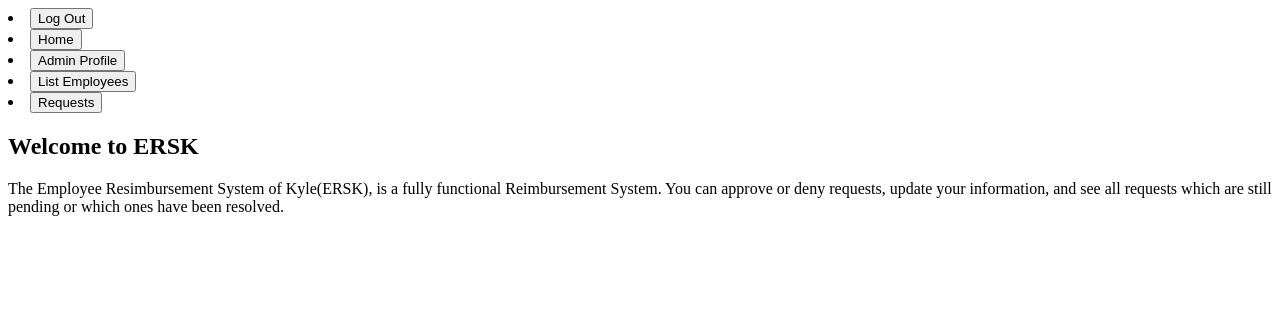
Repository: 1807-mehrab/project-1-KyleAButterfield
Page: ERSK/ERSK/src/main/webapp/ManagerHomePage.html
An editor plug-in stored every save of this project. The page is shown before and after the next save, followed by the edit.
The browser window is 1280 px wide. The pictures show the whole page.

Above is the page before, as saved 2018-08-01 20:12:50.

After the next save:
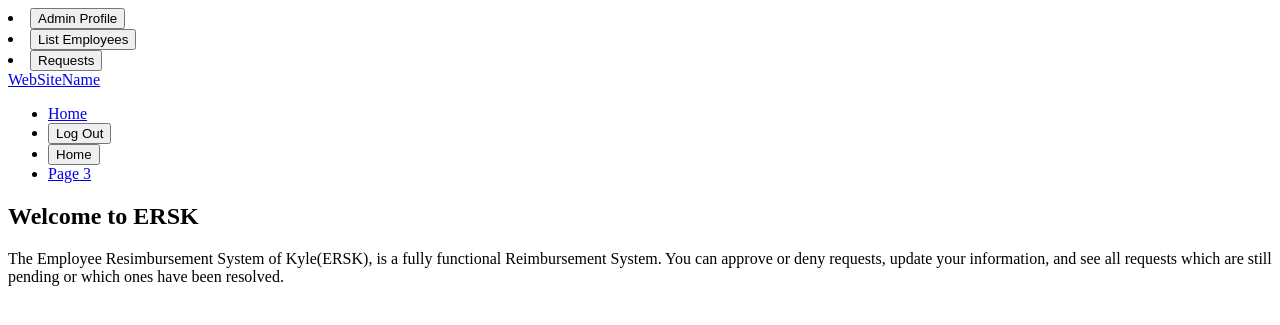
Saved 36 min 2 s later.
--- a/ERSK/ERSK/src/main/webapp/ManagerHomePage.html
+++ b/ERSK/ERSK/src/main/webapp/ManagerHomePage.html
@@ -3,15 +3,23 @@
 <head>
 <meta charset="ISO-8859-1">
 <title>ERSK-Home Page</title>
-	<nav class="navbar navbar-expand-sm bg-dark navbar-dark">
-	<div id="dashboard" class="container-fluid">
-	<li class="nav-item"><input type="button" onClick="AdminLogout()" value="Log Out"></li>
-	<li class="nav-item"><input type="button" onClick="HomePage()" value="Home"></li>
+
 	<li class="nav-item"><input type="button" onClick ="GetInfo()" value="Admin Profile"></li>
 	<li class="nav-item"><input type="button" onClick="GetAllEmployees()" value="List Employees"></li>
 	<li class="nav-item"><input type="button" onClick="LoadAdminRequestPage()" value="Requests"> </li>
-	</div>
-	</nav>
+	<nav class="navbar navbar-inverse">
+  <div class="container-fluid">
+    <div class="navbar-header">
+      <a class="navbar-brand" href="#">WebSiteName</a>
+    </div>
+    <ul class="nav navbar-nav">
+      <li class="active"><a href="#">Home</a></li>
+      <li><input type="button" onClick="AdminLogout()" value="Log Out"></li>
+      <li><input type="button" onClick="HomePage()" value="Home"></li>
+      <li><a href="#">Page 3</a></li>
+    </ul>
+  </div>
+</nav>
 	<script src="Adminfunctions.js"></script>
 </head>
 <body>
